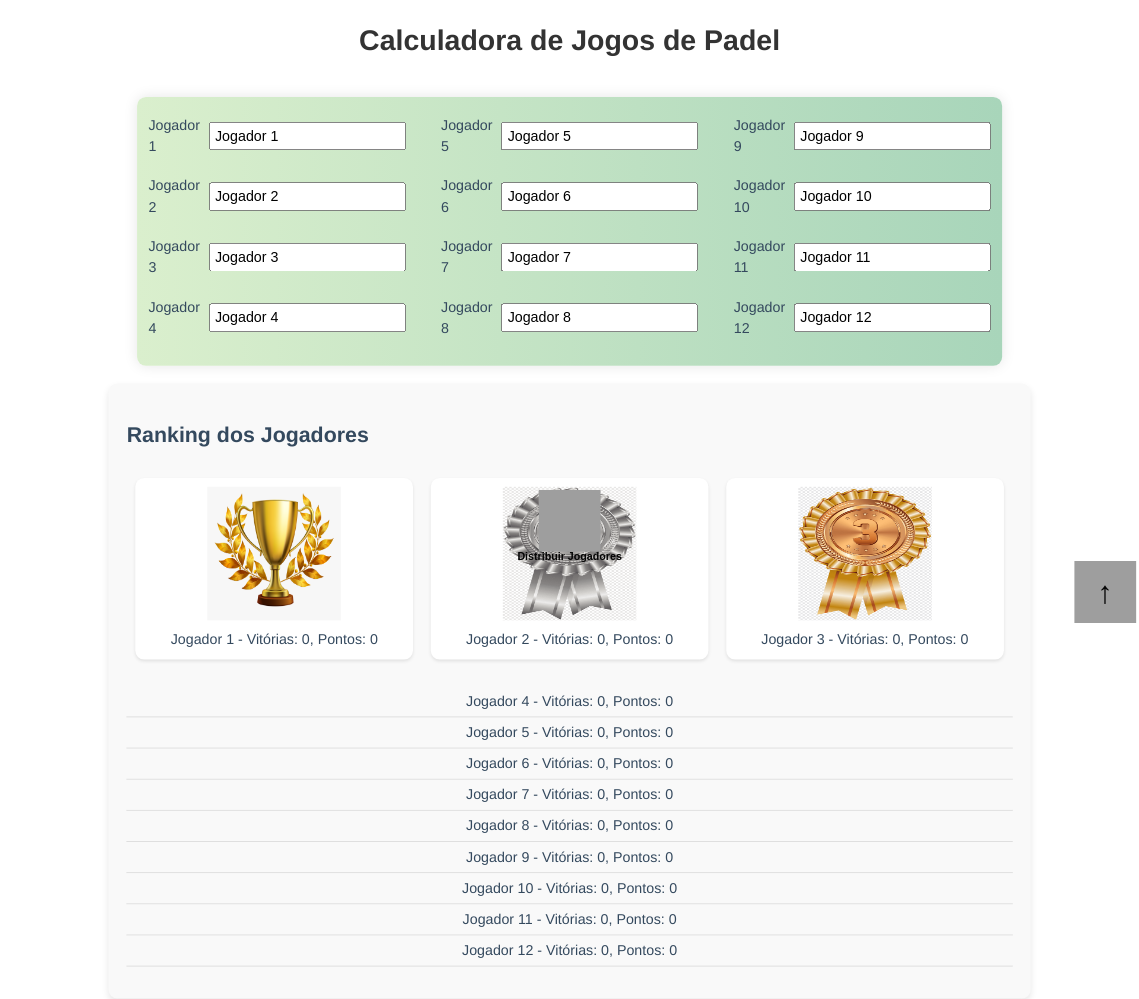
Repository: MarcioMiguel22/PadelMaster
Page: /calculadora
These files come from the project's save history. The page is drawn as it stood at one moment and after the next save; the edit follows.
The browser window is 1280 px wide. The pictures show the whole page, at 89% of full size.
Pictures or frames that could not be fetched are drawn as grey boxes. The project was rebuilt for these pictures with package versions that can differ from the ones it lists, and the page was loaded fresh each time. Also part of the build but not shown: vite.config.ts, src/pages/Home/Home.tsx, src/components/components_calculadora/Campo.tsx, src/components/components_calculadora/Jogo.tsx, src/pages/Player/playerComponent.tsx, src/index.css.

Above is the page before, as saved 2024-06-16 09:49:26.

### src/main.tsx
///home/marciomiguel/code/MarcioMiguel22/Sites/PadelMaster/src/main.tsx
import { render } from 'react-dom';
import { StrictMode } from 'react';
import App from './App';
import './index.css';

const root = document.getElementById('root')!;
render(
  <StrictMode>
    <App />
  </StrictMode>,
  root
);

### src/App.tsx

///home/marciomiguel/code/MarcioMiguel22/Sites/PadelMaster/src/App.tsx

import { BrowserRouter, Routes, Route } from 'react-router-dom';
import Home from './pages/Home/Home';
import Calculadora from './pages/Calculadora/Calculadora';
import PlayerComponent from './pages/Player/playerComponent';
function App() {
  return (
    <BrowserRouter>
      <Routes>
        <Route path="/" element={<Home />} />
        <Route path="/calculadora" element={<Calculadora />} /> // Wrap Calculadora component with curly braces
        <Route path="/player-component" element={<PlayerComponent />} />
      </Routes>
    </BrowserRouter>
  );
}

export default App

### src/pages/Home/Home.module.css
.padel-container {
  text-align: center;
  background-color: white;
  padding: 20px;
  border-radius: 10px;
  box-shadow: 0 0 10px rgba(0, 0, 0, 0.1);
}

h1 {
  color: #333;
  margin-bottom: 20px;
}

.padel-image {
  max-width: 50%;
  height: auto;
  border-radius: 10px;
  margin-bottom: 20px;
}

.enter-button {
  background-image: url('../../assets/images/tennis-ball.png'); /* Ensure the path is correct */
  background-size: cover;
  background-position: center;
  background-repeat: no-repeat;
  width: 60px;
  height: 60px;
  border: none;
  border-radius: 50%;
  cursor: pointer;
  padding: 0;
}

.enter-button:hover {
  transform: scale(1.1);
}

### src/pages/Calculadora/Calculadora.css
.calculadora-container {
  display: flex;
  flex-direction: column;
  align-items: center;
  gap: 20px;
}

.main-content {
  gap: 20px;
}

.jogadores-lista {
  background: linear-gradient(to right, #daefcd, #a8d5ba);
  display: flex;
  flex-direction: row;
  justify-content: center;
  gap: 40px;
  width: 90%;
  max-width: 1200px;
  margin: 0 auto;
  padding: 20px;
  border-radius: 10px;
  box-shadow: 0 0 15px rgba(0, 0, 0, 0.1);
}

.jogadores-coluna {
  display: flex;
  flex-direction: column;
  align-items: center;
  gap: 10px;
}

.jogador-item {
  display: flex;
  align-items: center;
  margin-bottom: 10px;
}

.jogador-item label {
  margin-right: 10px;
}

.jogador-item input {
  padding: 5px;
  font-size: 16px;
}

.jogador-input {
  margin-right: 5px;
  padding: 5px;
  font-size: 16px;
  border: 1px solid #ccc;
  border-radius: 5px;
}

.distribute-button, .scroll-to-top {
  background-color: #4CAF50;
  color: white;
  padding: 10px 20px;
  border: none;
  border-radius: 5px;
  cursor: pointer;
  font-size: 16px;
  margin-top: 10px;
}

.distribute-button:hover, .scroll-to-top:hover {
  background-color: #45a049;
}

.fields-container {
  display: flex;
  flex-direction: column;
  align-items: center;
  margin-top: 20px;
}

.jogo {
  margin-bottom: 40px;
}

.campos {
  display: flex;
  justify-content: space-around;
}

.field {
  background: linear-gradient(to right, #c3e8ad, #a8d5ba);
  padding: 40px;
  border-radius: 10px;
  box-shadow: 0 0 10px rgba(0, 0, 0, 0.1);
  width: 30%;
}

.field h2 {
  margin-top: 0;
}

.team {
  list-style-type: none;
  padding: 5px;
  background-color: #fff;
  margin: 5px 0;
  border-radius: 5px;
  box-shadow: 0 0 5px rgba(0, 0, 0, 0.1);
  width: fit-content; /* Ajuste o valor conforme necessário */
}

.team.vencedor {
  background-color: #d4edda; /* Verde claro */
}

.team.perdedor {
  background-color: #f8d7da; /* Vermelho claro */
}

.team div {
  display: flex;
  align-items: center;
}

.team input.resultado-input {
  margin-left: 10px;
  width: 45px;
  padding: 5px;
  font-size: 16px;
}

.ranking-container {
  margin-top: 40px;
}

.ranking-container h2 {
  margin-bottom: 10px;
}

.ranking-container ul {
  list-style-type: none;
  padding: 0;
}

.ranking-container li {
  margin: 5px 0;
}



/* Media Queries para Mobile */
@media screen and (max-width: 767px) {
  .jogadores-lista {
    flex-direction: column;
    align-items: center;
    gap: 20px;
    padding: 10px;
  }

  .field {
    width: 80%;
    margin-bottom: 20px;
  }

  .campos {
    flex-direction: column;
    align-items: center;
    gap: 20px;
  }

  .distribute-button, .scroll-to-top {
    width: 100%;
    font-size: 14px;
    padding: 8px 16px;
  }

  .team div {
    flex-direction: column;
    align-items: flex-start;
  }

  .team input.resultado-input {
    margin-left: 0;
    margin-top: 5px;
  }
  .ranking-container {
    flex-flow: column;
    margin-top: 40px;
  }

  .ranking-container h2 {
    margin-bottom: 10px;
  }

  .ranking-container ul {
    list-style-type: none;
    padding: 0;
  }

  .ranking-container li {
    margin: 5px 0;
  }
}

/* Media Queries para Mobile */
@media screen and (max-width: 479px) {
  .jogadores-lista {
    flex-direction: column;
    align-items: center;
    gap: 20px;
    padding: 10px;
  }

  .field {
    width: 80%;
    margin-bottom: 20px;
  }

  .campos {
    flex-direction: column;
    align-items: center;
    gap: 20px;
  }

  .distribute-button, .scroll-to-top {
    width: 100%;
    font-size: 14px;
    padding: 8px 16px;
  }

  .team div {
    flex-direction: column;
    align-items: flex-start;
  }

  .team input.resultado-input {
    margin-left: 0;
    margin-top: 5px;
  }
  .ranking-container {
    flex-flow: column;
    margin-top: 40px;
  }

  .ranking-container h2 {
    margin-bottom: 10px;
  }

  .ranking-container ul {
    list-style-type: none;
    padding: 0;
  }

  .ranking-container li {
    margin: 5px 0;
  }
}

### src/components/components_calculadora/JogadoresLista.tsx
import React from 'react';
import JogadorItem from './JogadorItem';
import { Jogador } from '../../utils/types/types'; // Importando o tipo Jogador

interface JogadoresListaProps {
  jogadores: Jogador[];
  handleNomeChange: (id: number, novoNome: string) => void;
}

const JogadoresLista: React.FC<JogadoresListaProps> = ({ jogadores, handleNomeChange }) => (
  <div className="jogadores-lista">
    {Array.from({ length: 3 }, (_, i) => (
      <div className="jogadores-coluna" key={i}>
        {jogadores.slice(i * 4, (i + 1) * 4).map(jogador => (
          <JogadorItem
            key={jogador.id}
            jogador={jogador}
            handleNomeChange={handleNomeChange}
          />
        ))}
      </div>
    ))}
  </div>
);

export default JogadoresLista;

### src/components/components_calculadora/Ranking.tsx
import React from 'react';
import ouro from '../../assets/images/ouro.png';
import prata from '../../assets/images/prata.png';
import bronze from '../../assets/images/bronze.png';
import styles from './Ranking.module.css';

interface Jogador {
  id: number;
  nome: string;
  vitorias: number;
  pontos: number;
}

interface RankingProps {
  jogadoresClassificados: Jogador[];
}

const Ranking: React.FC<RankingProps> = ({ jogadoresClassificados }) => {
  const top3 = jogadoresClassificados.slice(0, 3);
  const outrosJogadores = jogadoresClassificados.slice(3);

  const medalhas = [ouro, prata, bronze];

  return (
    <div className={styles.rankingContainer}>
      <h2>Ranking dos Jogadores</h2>
      <div className={styles.top3Container}>
        {top3.map((jogador, index) => (
          <div key={jogador.id} className={styles.top3Item}>
            <img src={medalhas[index]} alt={`Medalha de ${index + 1}`} className={styles.medalha} />
            {jogador.nome} - Vitórias: {jogador.vitorias}, Pontos: {jogador.pontos}
          </div>
        ))}
      </div>
      <ul className={styles.outrosJogadores}>
        {outrosJogadores.map((jogador) => (
          <li key={jogador.id}>
            {jogador.nome} - Vitórias: {jogador.vitorias}, Pontos: {jogador.pontos}
          </li>
        ))}
      </ul>
    </div>
  );
};

export default Ranking;

### src/components/components_calculadora/logic/gameLogic.ts
import { Jogador, Campo as CampoType } from '../../../utils/types/types';

export const separarDuplas = (jogadores: Jogador[]): Jogador[] => {
  const separados: Jogador[] = [];
  while (jogadores.length) {
    const [jogador1, jogador2] = jogadores.splice(0, 2);
    separados.push(jogador1);
    if (jogador2) separados.push(jogador2);
  }
  return separados;
};

export const iniciarProximoJogo = (jogos: CampoType[][], setJogos: React.Dispatch<React.SetStateAction<CampoType[][]>>) => {
  const ultimoJogo = jogos[jogos.length - 1];
  const novosCampos: CampoType[] = [
    { id: 1, times: [] },
    { id: 2, times: [] },
    { id: 3, times: [] },
  ];

  const campo1 = ultimoJogo.find(campo => campo.id === 1);
  const campo2 = ultimoJogo.find(campo => campo.id === 2);
  const campo3 = ultimoJogo.find(campo => campo.id === 3);

  if (campo1 && campo2 && campo3) {
    const [time1Campo1, time2Campo1] = campo1.times;
    const [time1Campo2, time2Campo2] = campo2.times;
    const [time1Campo3, time2Campo3] = campo3.times;

    // Vencedores e perdedores dos campos
    const vencedoresCampo1 = time1Campo1.resultado > time2Campo1.resultado ? time1Campo1.jogadores : time2Campo1.jogadores;
    const perdedoresCampo1 = time1Campo1.resultado > time2Campo1.resultado ? time2Campo1.jogadores : time1Campo1.jogadores;

    const vencedoresCampo2 = time1Campo2.resultado > time2Campo2.resultado ? time1Campo2.jogadores : time2Campo2.jogadores;
    const perdedoresCampo2 = time1Campo2.resultado > time2Campo2.resultado ? time2Campo2.jogadores : time1Campo2.jogadores;

    const vencedoresCampo3 = time1Campo3.resultado > time2Campo3.resultado ? time1Campo3.jogadores : time2Campo3.jogadores;
    const perdedoresCampo3 = time1Campo3.resultado > time2Campo3.resultado ? time2Campo3.jogadores : time1Campo3.jogadores;

    // Atualizar pontuação dos jogadores
    const margemVitoriaCampo1 = Math.abs(time1Campo1.resultado - time2Campo1.resultado);
    const margemVitoriaCampo2 = Math.abs(time1Campo2.resultado - time2Campo2.resultado);
    const margemVitoriaCampo3 = Math.abs(time1Campo3.resultado - time2Campo3.resultado);

    vencedoresCampo1.forEach(jogador => {
      jogador.vitorias += 1;
      jogador.pontos += margemVitoriaCampo1;
    });

    vencedoresCampo2.forEach(jogador => {
      jogador.vitorias += 1;
      jogador.pontos += margemVitoriaCampo2;
    });

    vencedoresCampo3.forEach(jogador => {
      jogador.vitorias += 1;
      jogador.pontos += margemVitoriaCampo3;
    });

    // Campo 1: vencedores do campo 1 e vencedores do campo 2
    novosCampos[0].times.push(
      { jogadores: [vencedoresCampo1[0], vencedoresCampo2[0]], resultado: 0 },
      { jogadores: [vencedoresCampo1[1], vencedoresCampo2[1]], resultado: 0 }
    );

    // Campo 2: perdedores do campo 1 e vencedores do campo 3
    novosCampos[1].times.push(
      { jogadores: [perdedoresCampo1[0], vencedoresCampo3[0]], resultado: 0 },
      { jogadores: [perdedoresCampo1[1], vencedoresCampo3[1]], resultado: 0 }
    );

    // Campo 3: perdedores do campo 2 e perdedores do campo 3
    novosCampos[2].times.push(
      { jogadores: [perdedoresCampo2[0], perdedoresCampo3[0]], resultado: 0 },
      { jogadores: [perdedoresCampo2[1], perdedoresCampo3[1]], resultado: 0 }
    );
  }

  setJogos([...jogos, novosCampos]);
};

### src/components/components_calculadora/ScrollToTopButton.tsx
import React from 'react';
import tennisBall from '../../assets/images/tennis-ball.png';
import styles from './ScrollToTopButton.module.css'; // Importando o arquivo CSS Module

const ScrollToTopButton: React.FC = () => {
  const scrollToTop = () => {
    window.scrollTo({ top: 0, behavior: 'smooth' });
  };

  return (
    <button onClick={scrollToTop} className={styles.scrollToTop}>
      <img src={tennisBall} alt="Tennis Ball" className={styles.tennisBall} />
      <span className={styles.arrowUp}>↑</span>
    </button>
  );
};

export default ScrollToTopButton;

### src/components/components_calculadora/DistributeButton.tsx
import React from 'react';
import tennisBall from '../../assets/images/tennis-ball.png';
import styles from './DistributeButton.module.css'; // Importando o arquivo CSS Module

const DistributeButton: React.FC<{ onClick: () => void }> = ({ onClick }) => {
  return (
    <button onClick={onClick} className={styles.distributeButton}>
      <img src={tennisBall} alt="Tennis Ball" className={styles.tennisBall} />
      <span className={styles.label}>Distribuir Jogadores</span>
    </button>
  );
};

export default DistributeButton;

### src/pages/Player/playerComponent.module.css
/* playerComponent.module.css */

/* Root Variables */
:root {
  --primary-color: #2c3e50;
  --secondary-color: #ecf0f1;
  --accent-color: #e74c3c;
  --text-color: #34495e;
  --background-color: #ffffff;
  --border-color: #bdc3c7;
  --link-color: #2980b9;
  --font-family: 'Helvetica Neue', Arial, sans-serif;
  --font-size: 16px;
  --line-height: 1.5;
}

body {
  font-family: var(--font-family);
  font-size: var(--font-size);
  line-height: var(--line-height);
  color: var(--text-color);
  background-color: var(--background-color);
  margin: 0;
  padding: 0;
}

.navigation-bar {
  background-color: var(--primary-color);
  color: var(--secondary-color);
  padding: 10px 0;
}

.container {
  width: 90%;
  max-width: 1200px;
  margin: 0 auto;
  display: flex;
  justify-content: space-between;
  align-items: center;
}

.nav-brand .site-name {
  font-size: 24px;
  font-weight: bold;
  color: var(--secondary-color);
}

.navigation-menu {
  display: flex;
  gap: 15px;
}

.navigation-link {
  color: var(--secondary-color);
  text-decoration: none;
  font-size: 18px;
}

.navigation-link:hover {
  color: var(--accent-color);
}

.menu-button .nav-icon-menu {
  width: 30px;
  height: 3px;
  background-color: var(--secondary-color);
  margin: 5px 0;
}

.content-wrapper {
  padding: 20px 0;
}

.row {
  display: flex;
}

.sidebar {
  width: 25%;
}

.content-column {
  width: 75%;
}

.white-wrapper {
  background-color: var(--background-color);
  padding: 20px;
  border: 1px solid var(--border-color);
  border-radius: 10px;
}

.circle-profile {
  width: 100px;
  height: 100px;
  border-radius: 50%;
  display: block;
  margin: 0 auto 10px;
}

.site-description {
  text-align: center;
  margin: 10px 0;
}

.grey-rule {
  height: 1px;
  background-color: var(--border-color);
  margin: 20px 0;
}

.small-heading {
  font-size: 18px;
  font-weight: bold;
  color: var(--text-color);
  margin-bottom: 10px;
}

.feature-posts-list .post-item {
  margin-bottom: 10px;
}

.small-post-link {
  text-decoration: none;
  color: var(--link-color);
  font-size: 16px;
}

.small-post-link:hover {
  color: var(--accent-color);
}

.social-link-group {
  display: flex;
  justify-content: space-around;
  margin: 20px 0;
}

.social-icon-link img {
  width: 25px;
  height: 25px;
}

.built-with-webflow {
  text-align: center;
  margin-top: 10px;
  font-size: 14px;
}

.webflow-link {
  color: var(--link-color);
  text-decoration: none;
}

.webflow-link:hover {
  color: var(--accent-color);
}

.post-wrapper {
  background-color: var(--background-color);
  padding: 20px;
  border: 1px solid var(--border-color);
  border-radius: 10px;
  margin-bottom: 20px;
}

.post-content .row {
  display: flex;
}

.blog-image {
  display: block;
  width: 100%;
  height: auto;
  background-color: var(--border-color);
  text-align: center;
  padding: 20px;
  color: var(--text-color);
  text-decoration: none;
  font-size: 16px;
}

.blog-title-link {
  text-decoration: none;
  color: var(--text-color);
}

.blog-title-link:hover {
  color: var(--accent-color);
}

.blog-title {
  font-size: 24px;
  margin: 0 0 10px;
}

.details-wrapper {
  display: flex;
  align-items: center;
  gap: 10px;
  margin-bottom: 10px;
}

.post-info {
  font-size: 14px;
  color: var(--text-color);
}

.when-link {
  text-decoration: none;
  color: var(--link-color);
}

.when-link:hover {
  color: var(--accent-color);
}

.post-summary-wrapper {
  margin-bottom: 10px;
}

.post-summary {
  font-size: 16px;
  color: var(--text-color);
}

.read-more-link {
  text-decoration: none;
  color: var(--link-color);
  font-size: 14px;
}

.read-more-link:hover {
  color: var(--accent-color);
}

.button-wrapper {
  text-align: center;
  margin-top: 20px;
}

.button {
  background-color: var(--primary-color);
  color: var(--secondary-color);
  border: none;
  padding: 10px 20px;
  border-radius: 5px;
  font-size: 16px;
  cursor: pointer;
  transition: background-color 0.3s;
}

.button:hover {
  background-color: var(--accent-color);
}

.sidebar-on-mobile {
  display: none;
}

@media (max-width: 768px) {
  .row {
    flex-direction: column;
  }

  .sidebar {
    display: none;
  }

  .content-column {
    width: 100%;
  }

  .sidebar-on-mobile {
    display: block;
    margin-top: 20px;
  }
}

### src/components/components_calculadora/JogadorItem.tsx
import React from 'react';
import { Jogador } from '../../utils/types/types'; // Importando o tipo Jogador

interface JogadorItemProps {
  jogador: Jogador;
  handleNomeChange: (id: number, novoNome: string) => void;
}

const JogadorItem: React.FC<JogadorItemProps> = ({ jogador, handleNomeChange }) => (
  <div className="jogador-item">
    <label>{`Jogador ${jogador.id}`}</label>
    <input
      type="text"
      value={jogador.nome}
      onChange={(e) => handleNomeChange(jogador.id, e.target.value)}
    />
  </div>
);

export default JogadorItem;

### src/components/components_calculadora/Ranking.module.css
.rankingContainer {
  padding: 20px;
  background-color: #f9f9f9;
  border-radius: 10px;
  box-shadow: 0 4px 8px rgba(0, 0, 0, 0.1);
}

.top3Container {
  display: flex;
  justify-content: space-around;
  margin-bottom: 20px;
  flex-wrap: wrap; /* Ensure items wrap in smaller screens */
}

.top3Item {
  display: flex;
  flex-direction: column;
  align-items: center;
  padding: 10px;
  background-color: #ffffff;
  border-radius: 10px;
  box-shadow: 0 2px 4px rgba(0, 0, 0, 0.1);
  text-align: center;
  margin: 10px; /* Added margin to ensure spacing between items */
  flex-basis: calc(33.33% - 20px); /* Ensure items take equal width, minus margins */
  box-sizing: border-box; /* Ensure padding is included in the element's width */
}

.medalha {
  width: 150px;
  height: 150px;
  margin-bottom: 10px;
  transition: transform 0.3s ease-in-out;
  object-fit: initial;
  background-color: transparent;
}

.medalha:hover {
  transform: scale(1.2);
  animation: pulse 1s infinite;
}

@keyframes pulse {
  0% {
    transform: scale(1.2);
  }
  50% {
    transform: scale(1.25);
  }
  100% {
    transform: scale(1.2);
  }
}

.outrosJogadores {
  list-style-type: none;
  padding: 0;
}

.outrosJogadores li {
  padding: 5px 0;
  border-bottom: 1px solid #ddd;
  text-align: center;
}

/* Media Queries for Smaller Screens */
@media screen and (max-width: 767px) {
  .top3Item {
    flex-basis: calc(50% - 20px); /* Two items per row on smaller screens */
  }
}

@media screen and (max-width: 479px) {
  .top3Item {
    flex-basis: 100%; /* One item per row on the smallest screens */
  }
}

### src/components/components_calculadora/ScrollToTopButton.module.css
.scrollToTop {
  position: fixed;
  bottom: 20px;
  left: 97%;
  transform: translateX(-50%);
  width: 70px;
  height: 70px;
  border: none;
  background: none;
  cursor: pointer;
  display: flex;
  align-items: center;
  justify-content: center;
}

.tennisBall {
  width: 100%;
  height: 100%;
  position: absolute;
}

.arrowUp {
  position: absolute;
  font-size: 35px;
  color: rgb(5, 5, 5);
  font-weight: bold;
  z-index: 1;
}

### src/components/components_calculadora/DistributeButton.module.css
.distributeButton {
  position: fixed;
  bottom: 100px; /* Ajuste a posição conforme necessário */
  left: 50%;
  transform: translateX(-50%);
  width: 70px;
  height: 70px;
  border: none;
  background: none;
  cursor: pointer;
  display: flex;
  align-items: center;
  justify-content: center;
  flex-direction: column;
}

.tennisBall {
  width: 100%;
  height: 100%;
  position: absolute;
}

.label {
  position: absolute;
  font-size: 12px;
  color: rgb(5, 5, 5);
  font-weight: bold;
  z-index: 1;
  margin-top: 80px; /* Ajuste para posicionar o texto abaixo da bola */
  white-space: nowrap;
}

Loaded but not shown: index.html (common file); src/pages/Calculadora/Calculadora.tsx (142 lines, source omitted)

After the next save:
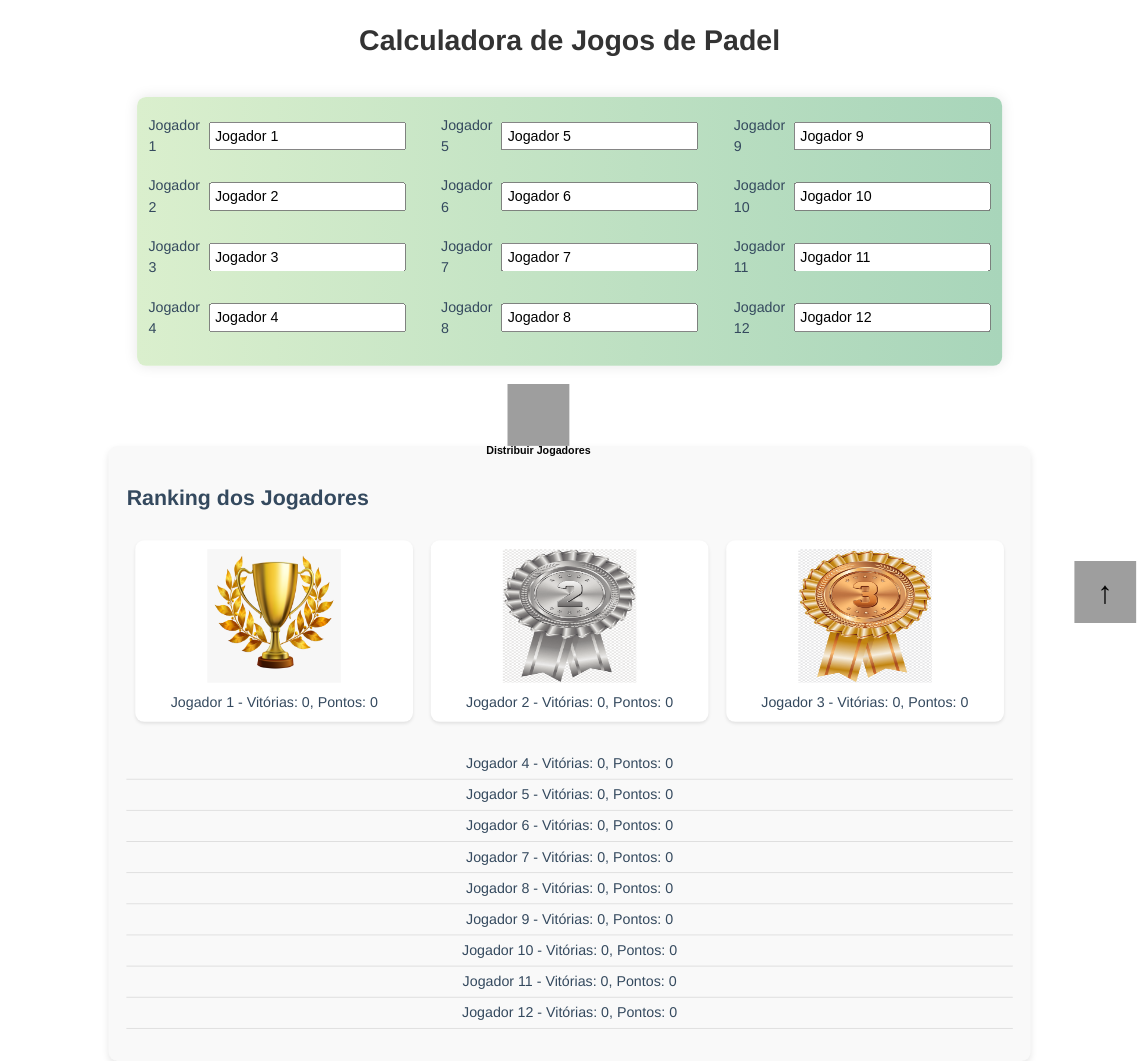
Saved 5 s later.
--- a/src/components/components_calculadora/DistributeButton.module.css
+++ b/src/components/components_calculadora/DistributeButton.module.css
@@ -1,5 +1,5 @@
 .distributeButton {
-  position: fixed;
+
   bottom: 100px; /* Ajuste a posição conforme necessário */
   left: 50%;
   transform: translateX(-50%);
